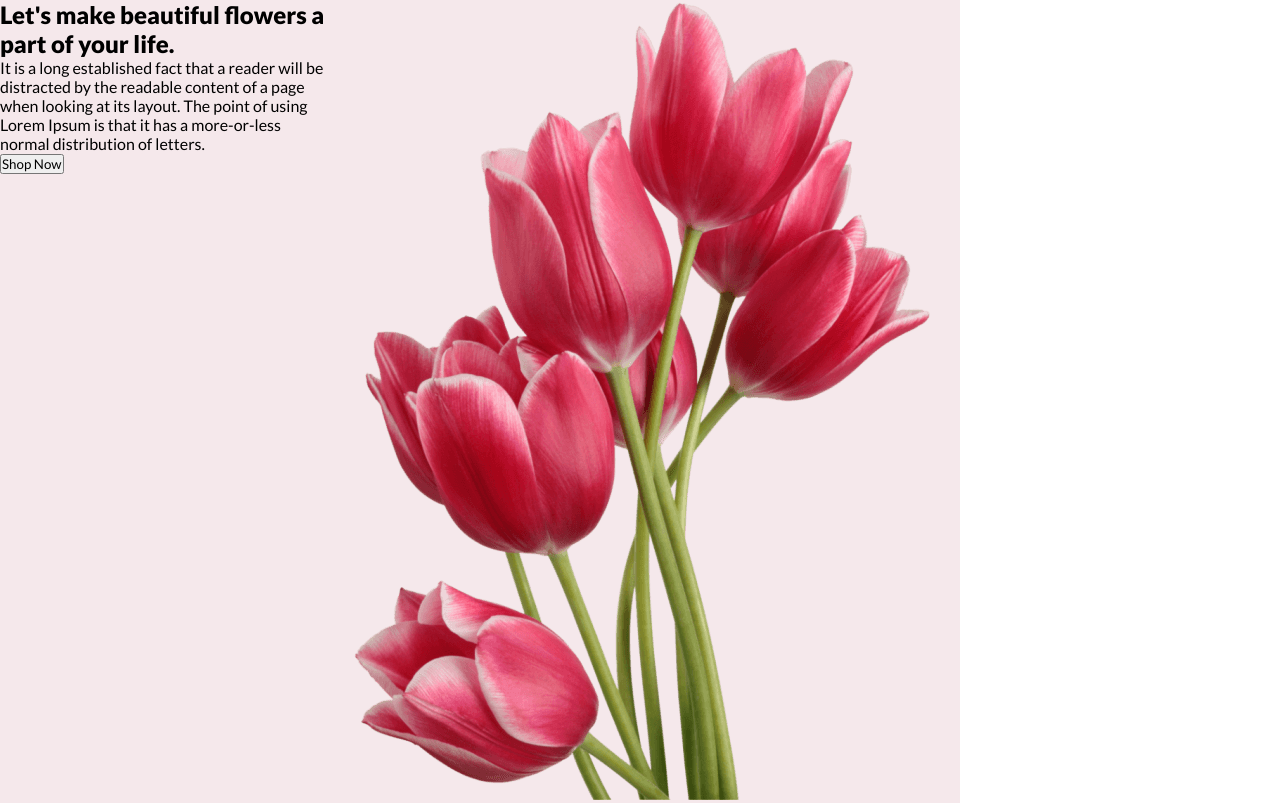
Repository: sumonkumarsarkar/flower-shop
Page: index.html
An editor plug-in stored every save of this project. The page is shown before and after the next save, followed by the edit.
The browser window is 1280 px wide. The pictures show the whole page.

Above is the page before, as saved 2024-01-07 09:20:08.

### index.html
<!DOCTYPE html>
<html lang="en">
<head>
    <meta charset="UTF-8">
    <meta name="viewport" content="width=device-width, initial-scale=1.0">
    <title>Flower Shop</title>
    <link rel="stylesheet" href="../flower-shop/css/style.css">
    <link rel="preconnect" href="https://fonts.googleapis.com">
<link rel="preconnect" href="https://fonts.gstatic.com" crossorigin>
<link href="https://fonts.googleapis.com/css2?family=Lato:wght@300;400;900&display=swap" rel="stylesheet">
</head>
<body>
    <header>
     <div class="container">

        <div class="header-container">
<!-- h2, p and button part start   -->
  <div class="header-text">
    <h2>
        Let's make beautiful flowers a part of your life.
    </h2>
    <p>
        It is a long established fact that a reader will be distracted by the readable content of a page when looking at its layout. The point of using Lorem Ipsum is that it has a more-or-less normal distribution of letters.
    </p>
    <button type="button">Shop Now</button>
</div>

<!-- h2, p and button part start   -->

 <!-- header image part start  -->
<div class="header-image">
    <img src="./image/pngwing 10.png" alt="">
</div>
  <!-- header image part start  -->
        </div>

     </div>

    </header>
</body>
</html>

### css/style.css
*{
    margin: 0;
    padding: 0;
    font-family: 'Lato', sans-serif;

}

.container{
    width:75%;
    max-width: 1440px;
    background: rgba(153, 30, 57, 0.1);
}
.container .header-container{
    max-width:1080px;
    display: flex;
}

After the next save:
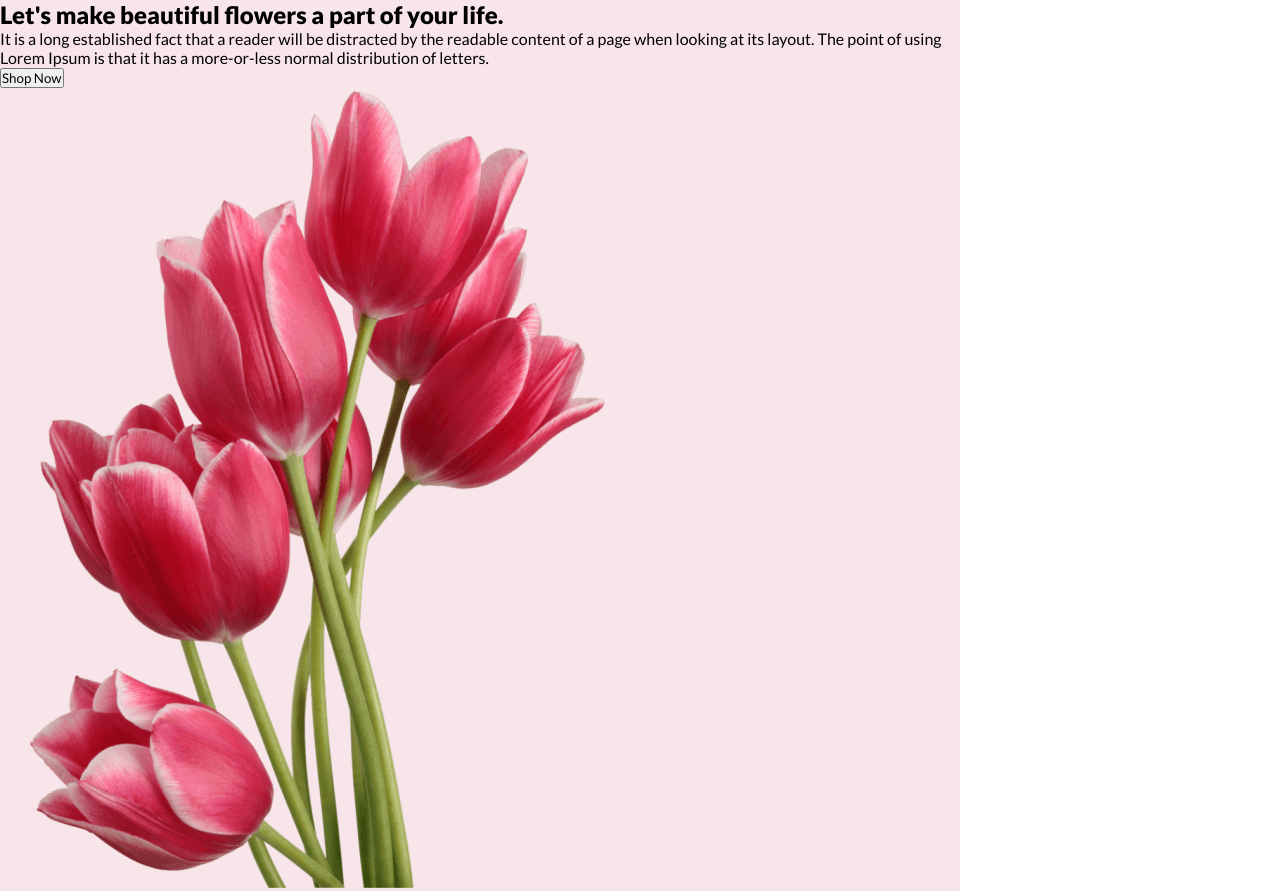
Saved 21 s later.
--- a/css/style.css
+++ b/css/style.css
@@ -8,9 +8,9 @@
 .container{
     width:75%;
     max-width: 1440px;
-    background: rgba(153, 30, 57, 0.1);
+    background: rgba(178, 4, 42, 0.1);
 }
-.container .header-container{
+.container.header-container{
     max-width:1080px;
     display: flex;
 }

After the save that followed:
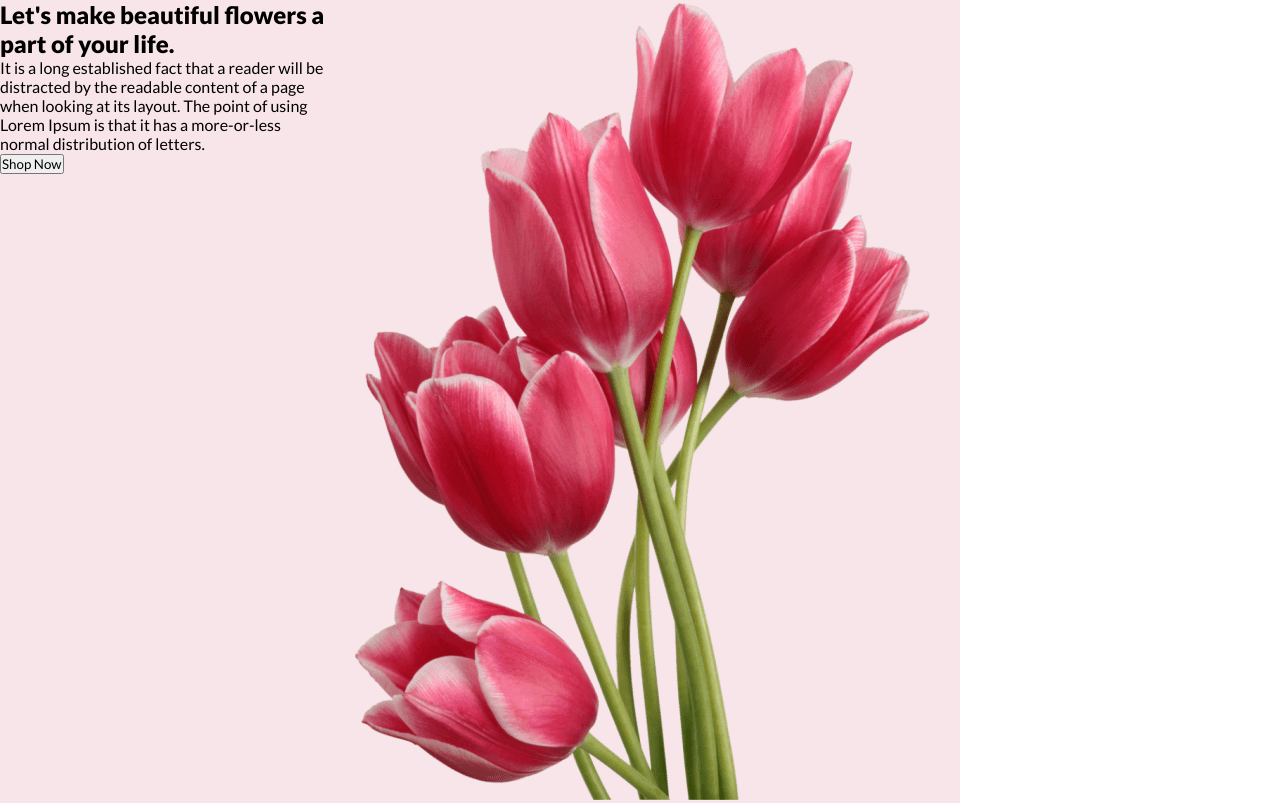
Saved 8 s later.
--- a/css/style.css
+++ b/css/style.css
@@ -10,7 +10,7 @@
     max-width: 1440px;
     background: rgba(178, 4, 42, 0.1);
 }
-.container.header-container{
+.header-container{
     max-width:1080px;
     display: flex;
 }
